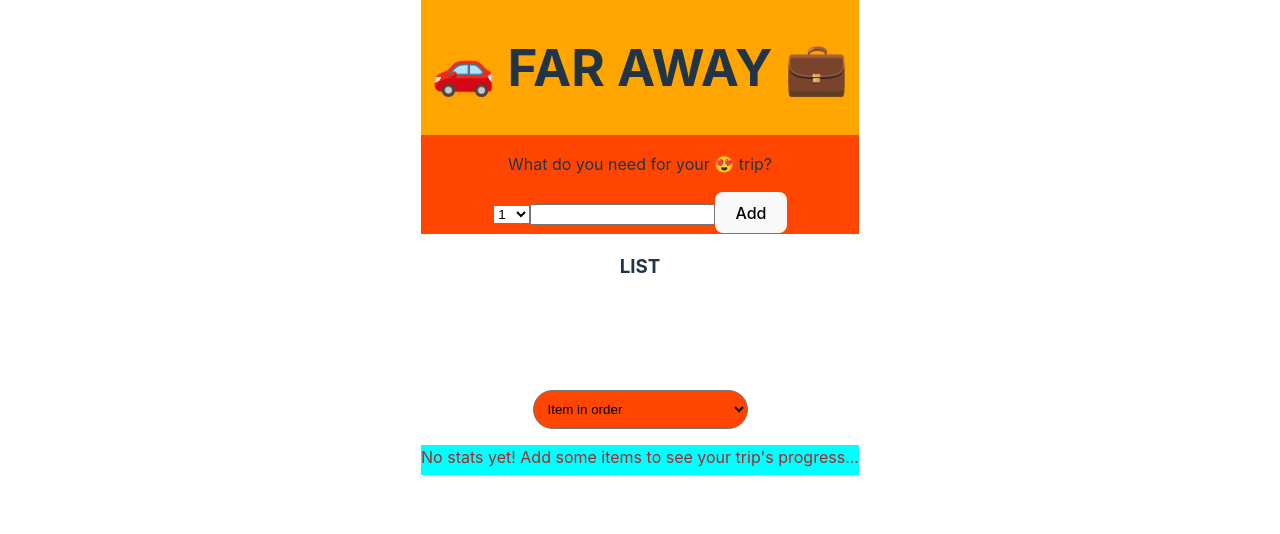
Repository: Celebration-cloud/Trip-Add-To-List
Page: /
These files come from the project's save history. The page is drawn as it stood at one moment and after a run of saves; the edit follows.
The browser window is 1280 px wide. The pictures show the whole page.
The project was rebuilt for these pictures with package versions that can differ from the ones it lists, and the page was loaded fresh each time. Also part of the build but not shown: vite.config.js.

Above is the page before, as saved 2023-10-29 16:09:41.

### src/App.jsx
import './App.css'
import TripList from './Trip-List/TripList'

function App() {

  return (
    <>
    <TripList/>
    </>
  )
}

export default App

### src/App.css
#root {
  margin: 0;
  padding: 0;
  text-align: center;
}

.logo {
  height: 6em;
  padding: 1.5em;
  will-change: filter;
  transition: filter 300ms;
}
.logo:hover {
  filter: drop-shadow(0 0 2em #646cffaa);
}
.logo.react:hover {
  filter: drop-shadow(0 0 2em #61dafbaa);
}

@keyframes logo-spin {
  from {
    transform: rotate(0deg);
  }
  to {
    transform: rotate(360deg);
  }
}

@media (prefers-reduced-motion: no-preference) {
  a:nth-of-type(2) .logo {
    animation: logo-spin infinite 20s linear;
  }
}

.card {
  padding: 2em;
}

.read-the-docs {
  color: #888;
}

### src/Trip-List/TripList.jsx
/* eslint-disable react/no-unescaped-entities */
/* eslint-disable react/prop-types */
import { useState } from "react";

function TripList() {
  const [addItem, setAddItem] = useState([]);

  const handleAddItem = (item) => {
    setAddItem((items) => [...items, item]);
  };
  const handleRemoveItem = (id) =>{
    setAddItem(items => items.filter(p => p.id !== id))
  }
  const handleChecked = (id) => {
    setAddItem(items => items.map(item => item.id === id ? {...item, packed: !item.packed} : item));
  };
  return (
    <div>
      <TripHead/>
      <TripForm handleAddItem={handleAddItem}/>
      <TripListForm addItem={addItem} remove={handleRemoveItem} check={handleChecked}/>
      <TripStats stats={addItem}/>
    </div>
  )
}

export default TripList

function TripHead() {
  return (
    <div style={{backgroundColor: "orange", padding: "5px"}}>
      <h1 style={{fontFamily: "inherit"}}>🚗 FAR AWAY 💼</h1>
    </div>
  )
}

function TripForm({handleAddItem}) {
  const [item, setItem] = useState({description: "", quantity: 1})

  const handleSubmit = (e) =>{
    e.preventDefault();
    if (!item.description) return;

    const newItem = {
      des: item.description,
      amount: item.quantity,
      packed: false,
      id: Date.now(),
    };

    handleAddItem(newItem);
    setItem({ description: "", quantity: 1 });
  }
  const handleInput = (e) =>{
    setItem(prev => ({...prev, description: e.target.value}))
  }
  const handleOption = (e) =>{
    setItem(prevState => ({...prevState,quantity: Number(e.target.value)}))
  }
  return (
    <div style={{ backgroundColor: "orangered", padding: "1px" }}>
      <form onSubmit={handleSubmit}>
        <span>
          <p>What do you need for your 😍 trip?</p>
          <select onChange={handleOption} value={item.quantity}>
            {Array.from({ length: 10 }, (_, i) => i + 1).map((num) => (
              <option value={num} key={num}>
                {num}
              </option>
            ))}
          </select>
          <input onChange={handleInput} value={item.description}></input>
          <button type="submit">Add</button>
        </span>
      </form>
    </div>
  );
}

function TripListForm({addItem, remove, check}) {
  const [sort, setSort] = useState("input")
  const sortingBy = (e) => {
    setSort(e.target.value);
  };
  let sorting;
  if (sort === "input") sorting = addItem;
  if (sort === "checked")
    sorting = addItem.slice().sort((a, b) => a.des.localeCompare(b.des));
  if (sort === "order")
    sorting = addItem
      .slice()
      .sort((a, b) => Number(a.packed) - Number(b.packed));

  return (
    <>
      <h3>LIST</h3>
      <ul style={{ listStyleType: "none" }}>
        <li>
          {sorting?.map((item) => (
            <>
              <input
                type="checkbox"
                value={item.packed}
                onChange={() => check(item.id)}
              />
              <span
                key={item.id}
                style={item.packed ? { textDecoration: "line-through" } : {}}
              >
                {item.amount}-{item.des}
              </span>
              <button onClick={() => remove(item.id)}>
                🚩
              </button>
            </>
          ))}
        </li>
      </ul>
      <div>
        <select onChange={sortingBy} value={sort} style={{padding: "10px 100px 10px 10px", marginTop: "90px", backgroundColor: "orangered", borderRadius: "20px"}}>
          <option value="input" style={{marginRight: "5px", backgroundColor: "brown" }}>Item in order</option>
          <option value="checked" style={{marginRight: "5px"}}>Checked Item</option>
          <option value="order" style={{marginRight: "5px"}}>Split Item</option>
        </select>
      </div>
    </>
  );
}

function TripStats({stats}) {
  if(!stats.length)
  return (
    <footer
      style={{
        backgroundColor: "aqua",
        color: "brown",
        bottom: "0%",
        height: "30px",
        width: "100%",
      }}
    >
      <p>No stats yet! Add some items to see your trip's progress...</p>
    </footer>
  );
  const total = stats.length
  const packed= stats.filter(items => items.packed).length
  const percent = Math.round((packed / total) * 100)
  return (
    <>
      {percent === 100 ? (
        <footer
          style={{
            position: "absolute",
            backgroundColor: "aqua",
            color: "brown",
            bottom: "-0%",
            width: "100%",
          }}
        >
          <p>You have Completed the List✈</p>
        </footer>
      ) : (
        <footer
          style={{
            backgroundColor: "aqua",
            color: "brown",
            bottom: "0%",
            height: "30px",
            width: "100%",
          }}
        >
          <p>
            You have {total} items on your list, and already packed {packed} (
            {percent}%)
          </p>
        </footer>
      )}
    </>
  );
}

Loaded but not shown: index.html (common file); src/main.jsx (common file); src/index.css (common file)

After the next 2 saves:
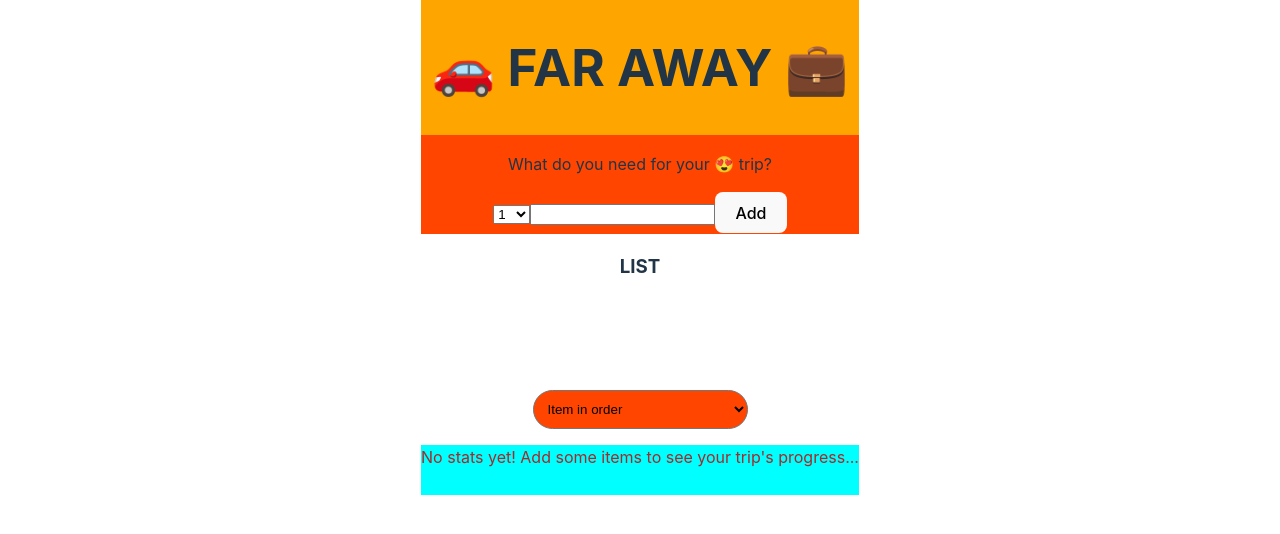
The 2 saves are shown as one change because they came seconds apart.
The last was saved 8 s later.
--- a/src/Trip-List/TripList.jsx
+++ b/src/Trip-List/TripList.jsx
@@ -135,7 +135,7 @@ function TripStats({stats}) {
         backgroundColor: "aqua",
         color: "brown",
         bottom: "0%",
-        height: "30px",
+        height: "50px",
         width: "100%",
       }}
     >
